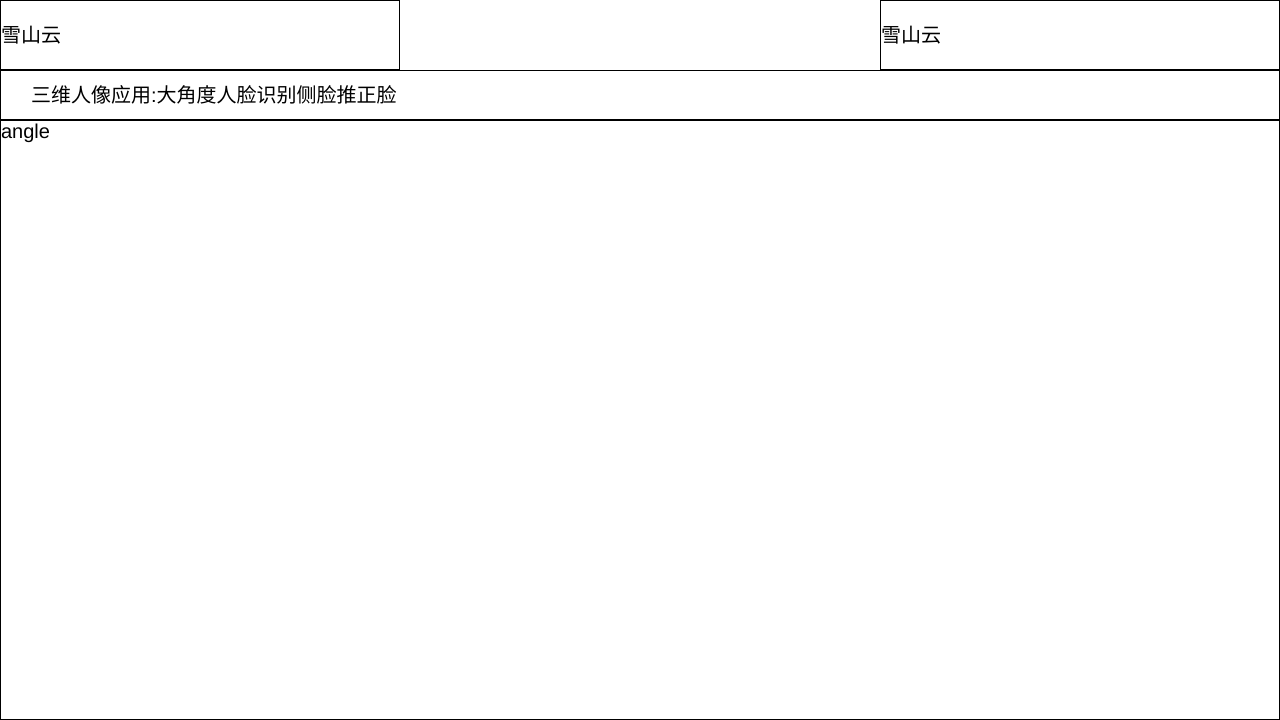
Repository: fyt2020/pubilcDemlo
Page: /
An editor plug-in stored every save of this project. The page is shown before and after the next save, followed by the edit.
The browser window is 1280 px wide. The pictures show the whole page.
The project was rebuilt for these pictures with package versions that can differ from the ones it lists, and the page was loaded fresh each time.

Above is the page before, as saved 2020-04-27 12:13:53.

### index.html
<!DOCTYPE html>
<html>
  <head>
    <meta charset="utf-8">
    <meta name="viewport" content="width=device-width,initial-scale=1.0">
    <title>pubilcdemo</title>
    <script src="./static/config.js"></script>
    <script src="./static/main.js"></script>
  </head>
  <body>
    <div id="app"></div>
    <!-- built files will be auto injected -->
  </body>
</html>

### src/main.js
// The Vue build version to load with the `import` command
// (runtime-only or standalone) has been set in webpack.base.conf with an alias.
import Vue from 'vue'
import App from './App'
import router from './router'
import '@/assets/css/reset.css'
import axios from '@/plugins/axios';

Vue.config.productionTip = false
Vue.prototype.$http = axios;
/* eslint-disable no-new */
new Vue({
  el: '#app',
  router,
  components: { App },
  template: '<App/>'
})

### src/router/index.js
import Vue from 'vue'
import Router from 'vue-router'
import Home from '@/pages/Home'

Vue.use(Router)

export default new Router({
  linkExactActiveClass: "exactActive",
  linkActivesClass: "active",
  routes: [
    {
      path: '/',
      name: 'home',
      component: Home,
      meta:{
        needTooken:false
      },
      redirect:'/bigAngle',
      children:[
        {
          path: 'bigAngle',
          name: 'bigAngle',
          component: () => import("@/pages/bigAngle"),
          meta:{
            needTooken:false
          },

        },
        {
          path: 'face',
          name: 'face',
          component: () => import("@/pages/face"),
          meta:{
            needTooken:false
          },

        }

      ]
    }
  ]
})

### src/assets/css/reset.css
@charset "UTF-8";
/**
 * @desc pc端常用reset.css
 * @author archer
 * @date 2018-08-26
 */
html,body,div,p,ul,li,dl,dt,dd,em,i,span,a,img,input,h1,h2,h3,h4,h5,nav,section,footer,header,table,tr,th,td,ul,li{margin:0;padding:0;box-sizing: border-box;}
h1,h2,h3,h4,h5,h6{font-weight:normal}
i,em,b{font-style:normal}
article,aside,details,figcaption,figure,footer,header,menu,nav,section {display: block;}
a,img,input {border:none;}
a {text-decoration:none;}
a:hover, a:active {outline: none;}
ul,li{list-style: none}
button,input,select,textarea{font-size:100%;outline:none}
table{border-collapse:collapse;border-spacing:0}
html, body {width: 100%;height: 100%;}
body{font-family:"Helvetica Neue",Helvetica, Arial,sans-serif; font-size: 14px;line-height:1}

### src/pages/Home.vue
<template>
  <div class="home">
     <!-- vue -->

      <div class="header">

           <div class="header__left">
                <img src="" alt="">
                <span>雪山云</span>
           </div>
           <div class="header__right">
                <span>雪山云</span>
           </div>
      </div>
      <div class="navigation">
            <span>三维人像应用:</span>
            <router-link tag="li" :to="{name:'bigAngle'}">大角度人脸识别</router-link>
            <router-link tag="li" :to="{name:'face'}">侧脸推正脸</router-link>
      </div>

      <div class="content">
              <router-view />
      </div>

  </div>
</template>

<script>
export default {
  data() {
    return {};
  },
  computed: {},
  created() {

  },
  mounted() {

  },
  methods: {

  },
  components: {}
};
</script>

<style lang="scss" scoped>
@import "@/assets/css/home.scss";
</style>

### src/pages/bigAngle.vue
<template>
    <div>
        angle
    </div>
</template>

<script>
export default {
    props: {

    },
    data() {
        return {

        };
    },
    computed: {

    },
    created() {

    },
    mounted() {

    },
    watch: {

    },
    methods: {

    },
    components: {

    },
};
</script>

<style scoped lang="scss">

</style>

### src/assets/css/home.scss
.home{
    font-size: 20px;
    width: 100vw;
    height: 100vh;
    // background-color: #000;
    .header{

        width: 100%;
        height: 70px;
        // border: 1px solid black;
        display: flex;
        align-items: center;
        justify-content: space-between;
        .header__left{
            height: 100%;
            border: 1px solid black;
            width: 400px;
            display: flex;
            align-items: center;
        }
        .header__right{
            height: 100%;
            width: 400px;
            border: 1px solid black;
            display: flex;
            align-items: center;
        }
    }
    .navigation{
        width: 100%;
        height: 50px;
        border: 1px solid black;
        display: flex;
        align-items: center;
        box-sizing: border-box;
        padding: 0 30px;
        &__item.exactActive{
             display: flex;
             height: 90%;
             background-color: cornflowerblue;
             color: #fff;
        }
    }
    .content{
        height: calc(100% - 120px);
        width: 100%;
        border: 1px solid black;
    }
}

### static/config.js
window.BASEURL = {
};

Loaded but not shown: src/App.vue (common file); src/plugins/axios.js (library)

After the next save:
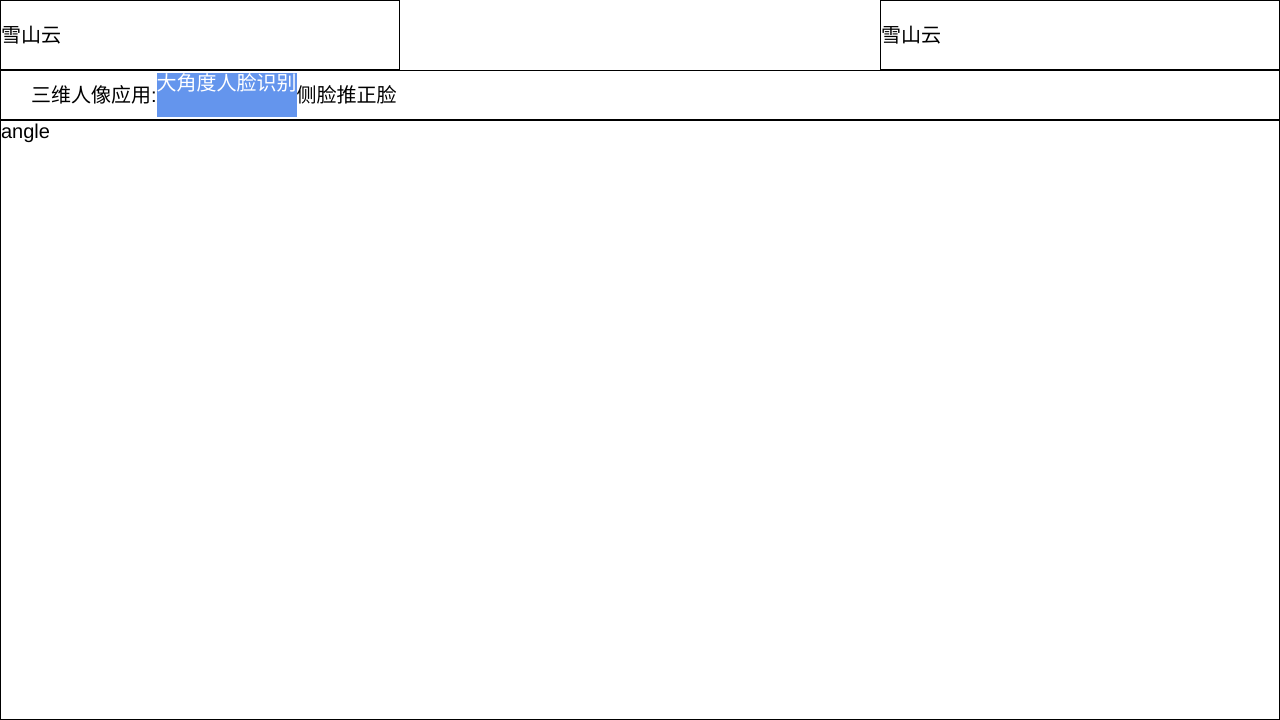
Saved 13 s later.
--- a/src/pages/Home.vue
+++ b/src/pages/Home.vue
@@ -14,7 +14,7 @@
       </div>
       <div class="navigation">
             <span>三维人像应用:</span>
-            <router-link tag="li" :to="{name:'bigAngle'}">大角度人脸识别</router-link>
+            <router-link tag="li" :to="{name:'bigAngle'}" class="navigation__item">大角度人脸识别</router-link>
             <router-link tag="li" :to="{name:'face'}">侧脸推正脸</router-link>
       </div>
 
